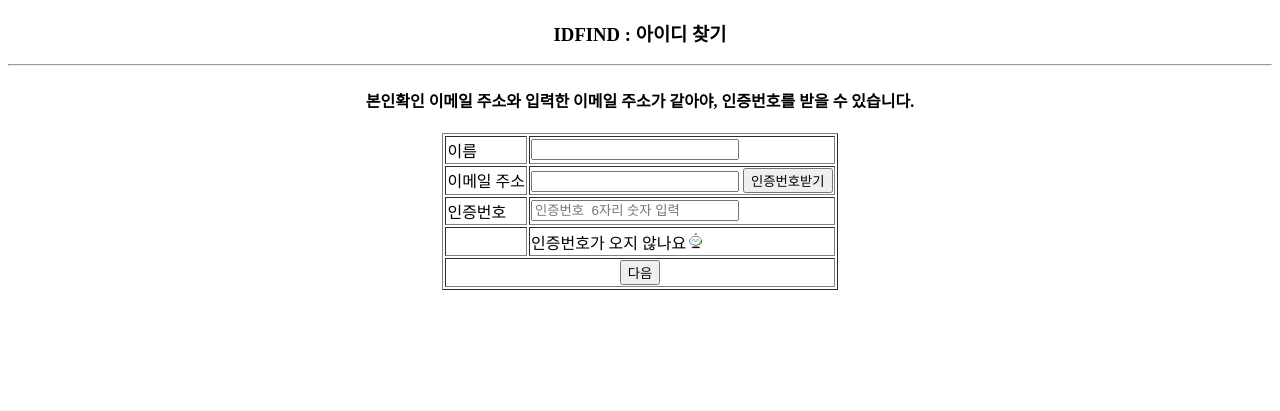
Repository: LetsBeLikeSophie/05_Android
Page: http://localhost/springHbe/WEB-INF/views/login/springIdFindFome.jsp
These files come from the project's save history. The page is drawn as it stood at one moment and after the next save; the edit follows.
The browser window is 1280 px wide. The pictures show the whole page.
The page is served by Tomcat 9. Nobody is signed in. Other server files are loaded and not shown. The template is opened directly, without the code that normally fills it, so the values that code supplies are empty.

Above is the page before, as saved 2021-10-29 06:58:06.

### 211103/el_spring_hbe_work_로그인_세션_메일/springHbe/WebContent/WEB-INF/views/login/springIdFindFome.jsp
<%@ page language="java" contentType="text/html; charset=UTF-8" pageEncoding="UTF-8"%>
<%@ page import="java.util.ArrayList" %>
<!DOCTYPE html>
<html>
<head>
<meta charset="UTF-8">
<title>IDFIND</title>
<script  src="http://code.jquery.com/jquery-latest.min.js"></script>
<script type="text/javascript">

	$(document).ready(function(){

		$("#mcomfirm").click(function(){
			console.log("mcomfirm >>> : ");
			alert("mcomfirm >>> : ");

			let url = "/testMVC/hbeLoginController";
			let login_type = "AUTH_NUM";
			let mnameVal = $("#mname").val();
			let memailVal = $("#memail").val();

			$.get(url
				 ,{"login_type":login_type, "mname":mnameVal, "memail":memailVal}
				 ,function(data){
					var sVal = $(data).find("result").text();
					alert(sVal);
				 }
			);
		});

		$("#idbtn").click(function(){
			console.log("idbtn >>> : ");
			alert("idbtn >>> : ");
			$('#login_type').val('ID_FIND');
			$('#idForm').attr({
				'action':'/testMVC/hbeLoginController',
				'method':'GET',
				'enctype':'application/x-www-form-urlencoded'
			}).submit();
		});
	});
</script>
</head>
<body>
<h3 align="center">IDFIND : 아이디 찾기 </h3>
<hr>
<%
	//Object obj = request.getAttribute("aList");
	//if (obj == null) return;
	String mname = "";
	String memail = "";
	String authnum = "";

	//if (obj !=null){
	//	ArrayList<String> aList = (ArrayList)obj;
	//	System.out.println("aList.size() >>> : " + aList.size());
	//	mname = aList.get(0);
	//	memail = aList.get(1);
	//	authnum = aList.get(2);
	//}
	System.out.println("idEmailCheck mname >>> : " + mname);
	System.out.println("idEmailCheck memail >>> : " + memail);
	System.out.println("idEmailCheck authnum >>> : " + authnum);

%>
<h4 align="center">본인확인 이메일 주소와  입력한 이메일 주소가 같아야, 인증번호를 받을 수 있습니다.</h4>
<form name="idForm" id="idForm">
<table border="1" align="center">
<tr>
<td>이름</td>
<td><input type="text" name="mname" id="mname" value='<%= mname%>'  style="width:200px;"></td>
</tr>
<tr>
<td>이메일 주소</td>
<td>
	<input type="text" name="memail" id="memail" value='<%= memail%>'  placeholder="" style="width:200px;">
	<button type="button" id="mcomfirm">인증번호받기</button>
</td>
</tr>
<tr>
<td>인증번호</td>
<td>
<input type="text" name="authnum" id="authnum" value='<%= authnum%>'
       placeholder="인증번호  6자리 숫자 입력" style="width:200px;"></td>
</tr>
<tr>
<td></td>
<td>인증번호가 오지 않나요<img src="/springHbe/img/img_mandu/ase.gif" width="20" height="20">
</td>
</tr>
<tr>
<td colspan="2" align="center">
<input type="hidden" name="login_type" id="login_type">
<button type="button" id="idbtn">다음</button>
</td>
</tr>
</table>
</form>
</body>
</html>

After the next save:
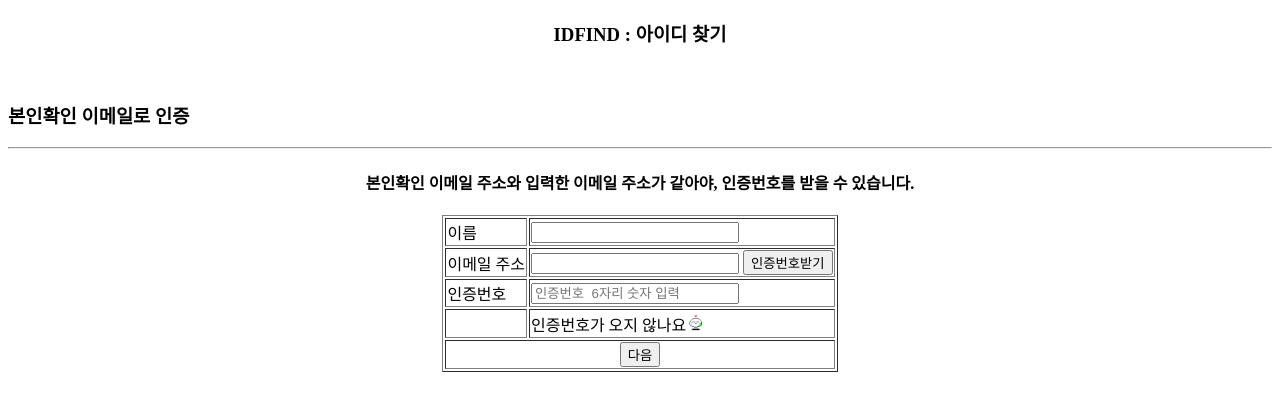
Saved 44 s later.
--- a/211103/el_spring_hbe_work_로그인_세션_메일/springHbe/WebContent/WEB-INF/views/login/springIdFindFome.jsp
+++ b/211103/el_spring_hbe_work_로그인_세션_메일/springHbe/WebContent/WEB-INF/views/login/springIdFindFome.jsp
@@ -42,7 +42,8 @@
 </script>
 </head>
 <body>
-<h3 align="center">IDFIND : 아이디 찾기 </h3>
+<h3 align="center">IDFIND : 아이디 찾기 </h3><br>
+<h3>본인확인 이메일로 인증</h3>
 <hr>
 <%
 	//Object obj = request.getAttribute("aList");
